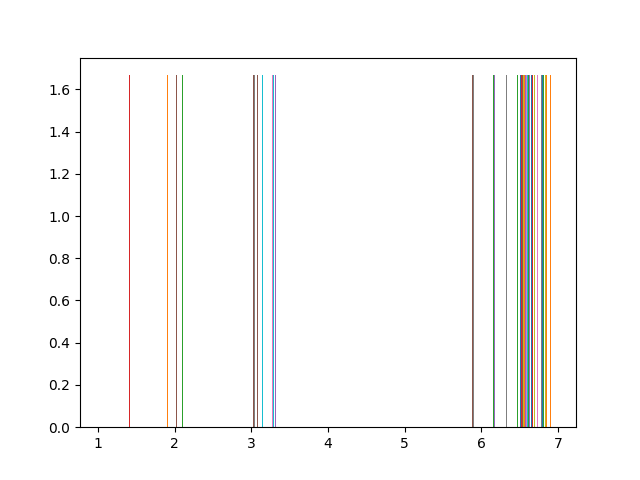
Repository: Rik-Fox/paavi
Script's output: python random_choices.py
These files come from the project's save history. The script's output is drawn as it stood at one moment and after the next save; the edit follows.
Random numbers start from a fixed seed.

Above is the script's output before, as saved 2022-02-02 15:30:45.

### random_choices.py
import random
import matplotlib.pyplot as plt

x = [random.randint(1, 10) for i in range(5)]

samp = [random.choices(x, weights=x) for i in range(100)]
print(x)
print(samp)
plt.hist(samp, bins=10, density=True)
plt.show()

After the next save:
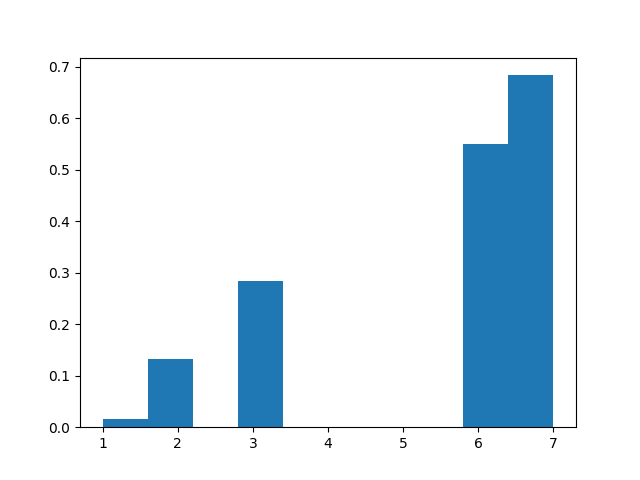
Saved 36 s later.
--- a/random_choices.py
+++ b/random_choices.py
@@ -3,7 +3,7 @@ import matplotlib.pyplot as plt
 
 x = [random.randint(1, 10) for i in range(5)]
 
-samp = [random.choices(x, weights=x) for i in range(100)]
+samp = [random.choices(x, weights=x)[0] for i in range(100)]
 print(x)
 print(samp)
 plt.hist(samp, bins=10, density=True)
